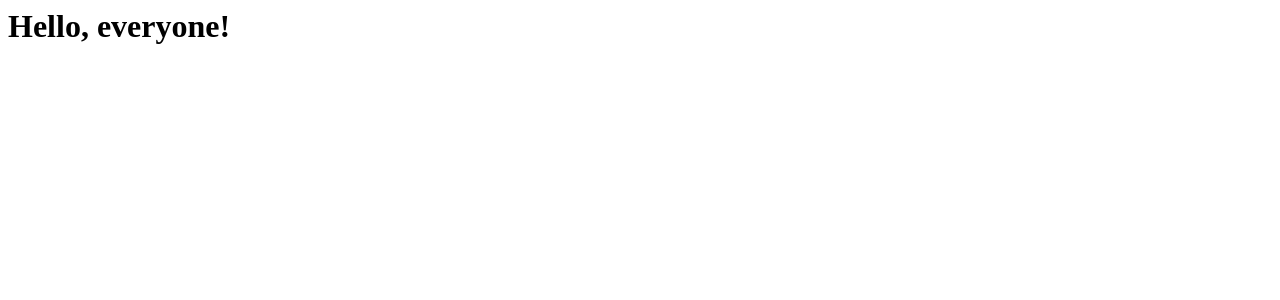
Repository: evemcd/scrimba-react1
Page: index.html
An editor plug-in stored every save of this project. The page is shown before and after the next save, followed by the edit.
The browser window is 1280 px wide. The pictures show the whole page.
Some web libraries are served in a nearby version.

Above is the page before, as saved 2023-07-29 21:41:03.

After the next save:
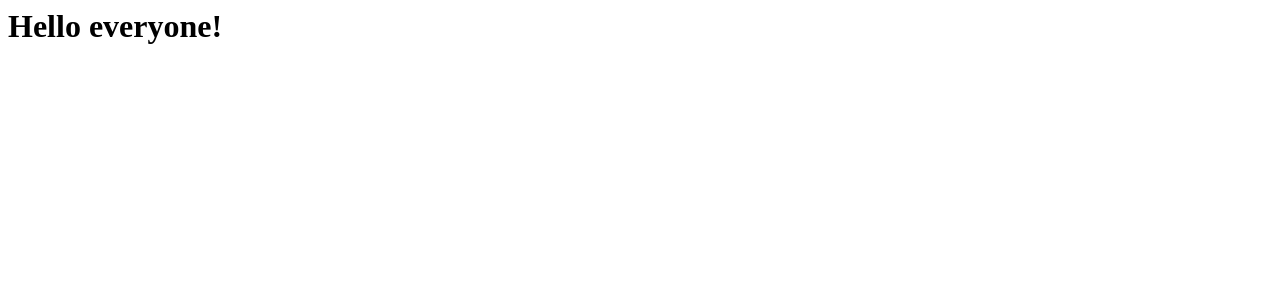
Saved 9 h 35 min later.
--- a/index.js
+++ b/index.js
@@ -1 +1 @@
-ReactDOM.render(<h1>Hello, everyone!</h1>, document.getElementById("root"))
+ReactDOM.render(<h1>Hello everyone!</h1>, document.getElementById("root"))

After the save that followed:
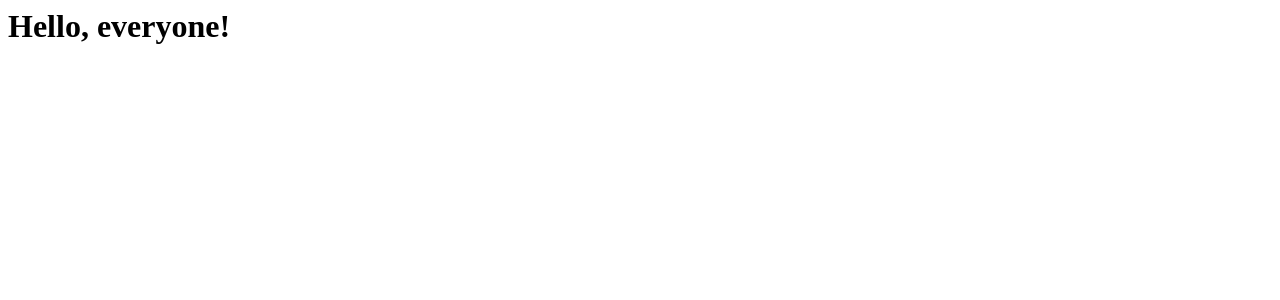
Saved 60 s later.
--- a/index.js
+++ b/index.js
@@ -1 +1 @@
-ReactDOM.render(<h1>Hello everyone!</h1>, document.getElementById("root"))
+ReactDOM.render(<h1>Hello, everyone!</h1>, document.getElementById("root"))
